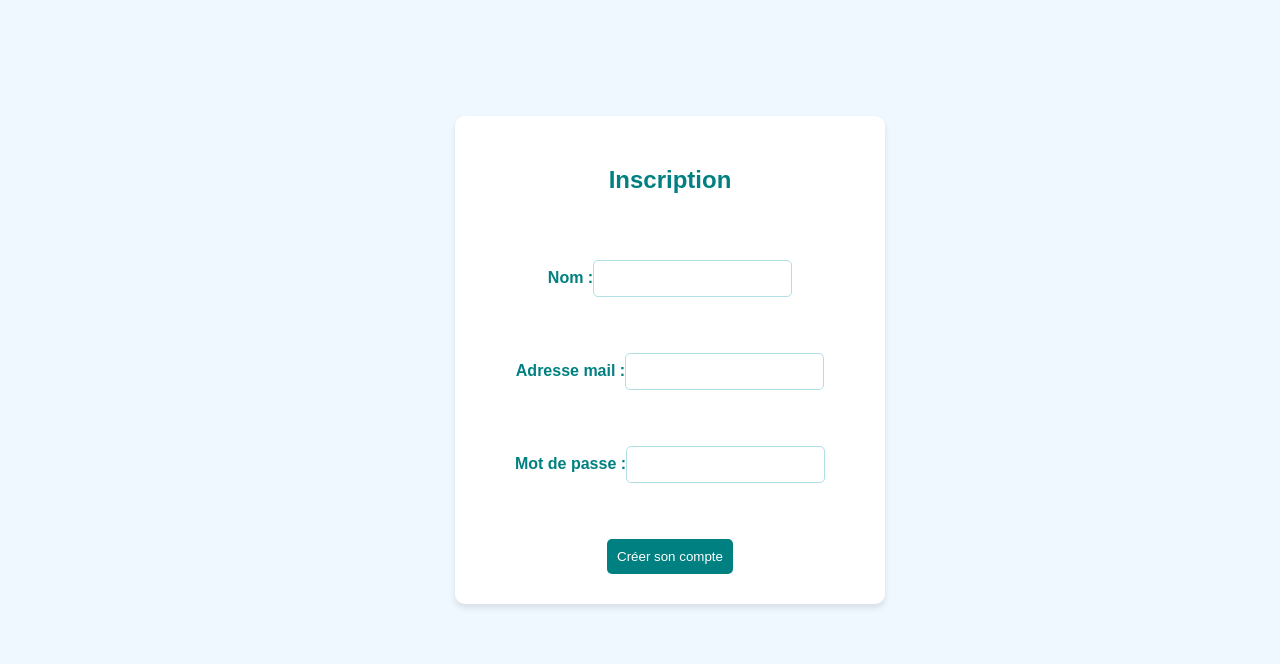
Repository: marwaouahouah1/OdysseyOfMemories
Page: /SignUpUser (app in frontend/)
An editor plug-in stored every save of this project. The page is shown before and after a run of saves, followed by the edit.
The browser window is 1280 px wide. The pictures show the whole page.
The project was rebuilt for these pictures with package versions that can differ from the ones it lists, and the page was loaded fresh each time. Also part of the build but not shown: frontend/src/Connexion/Login.js, frontend/src/App.js, frontend/src/Profile/Profile.js.

Above is the page before, as saved 2023-04-01 17:41:43.

After the next 2 saves:
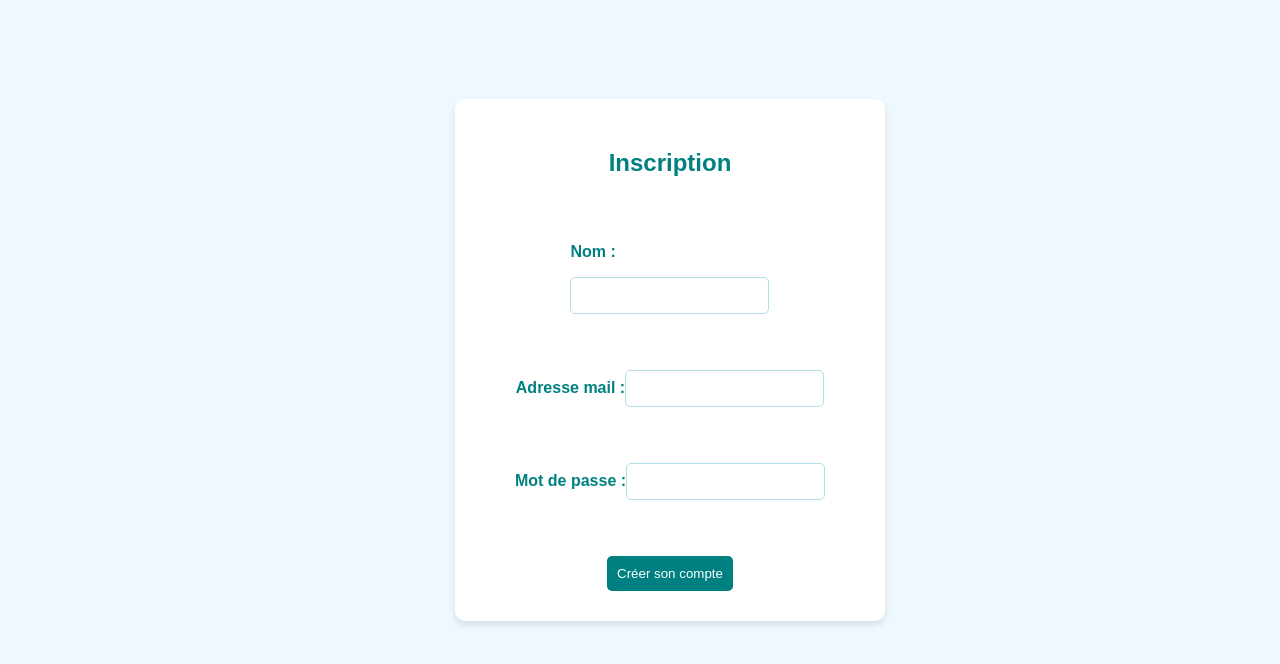
The 2 saves are shown as one change because they came seconds apart.
The last was saved 7 s later.
--- a/frontend/src/SignUp/SignUpUser.js
+++ b/frontend/src/SignUp/SignUpUser.js
@@ -34,7 +34,7 @@ function SignUpUser() {
 
     <form onSubmit={handleSubmit}>
       <label>
-        <p></p>Nom :
+        <p>Nom :</p>
         <input
           type="text"
           value={name}
